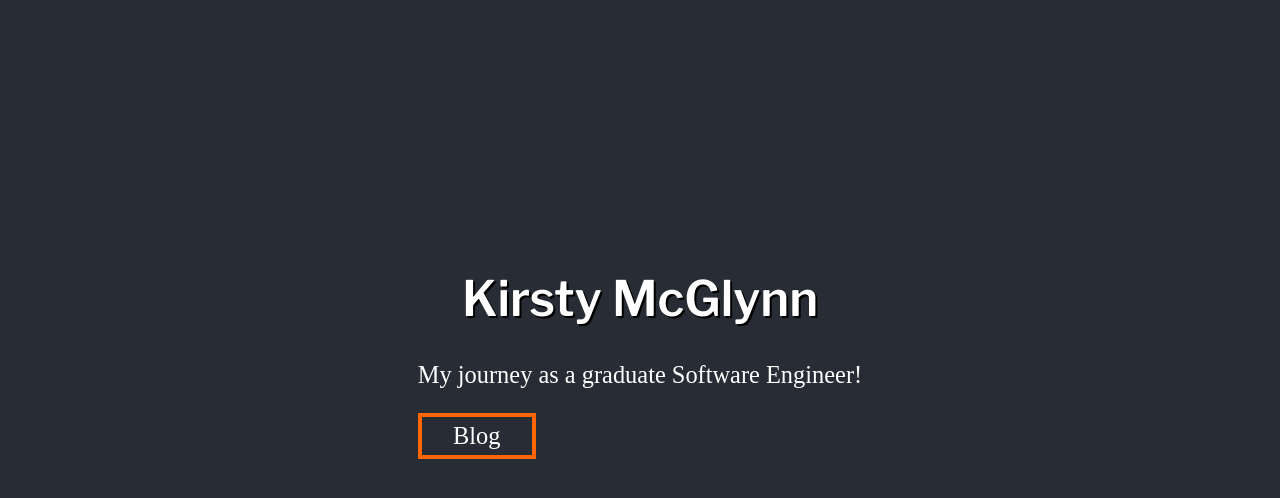
Repository: KLM94/blog
Page: /
The author's editor kept a copy of each file at every save. The page is drawn from the files as they stood at one save, then again after the next save.
The browser window is 1280 px wide. The pictures show the whole page.
The project was rebuilt for these pictures with package versions that can differ from the ones it lists, and the page was loaded fresh each time. Also part of the build but not shown: src/index.css.

Above is the page before, as saved 2020-11-07 12:52:14.

### src/App.js
import './App.css';
import Blog from './Components/Blog'

function App() {
  return (
    <div className="App">
      <header className="App-header">
       <Blog />
      </header>
    </div>
  );
}

export default App;

### src/App.css
@import url("https://fonts.googleapis.com/css2?family=Libre+Franklin:wght@600&display=swap");

.App {
  text-align: center;
}

body {
  background-color: #282c34;
  min-height: 100vh;
  display: flex;
  flex-direction: column;
  align-items: center;
  justify-content: center;
  font-size: calc(10px + 2vmin);
  color: white;
  margin: 0;
}

h1 {
  font-family: "Libre Franklin", sans-serif;
  text-shadow: 2px 2px #000000;
}

.blog-title {
  text-align: center;
  border: 4px solid rgb(255, 102, 0);
  box-sizing: content-box;
  width: 100px;
  padding: 0.2em;
}

### src/Components/Blog.jsx
export default function Blog() {
  return (
    <div>
      <h1>Kirsty McGlynn</h1>
      <p> My journey as a graduate Software Engineer!</p>

      <p className="blog-title">Blog</p>
    </div>
  );
}

Loaded but not shown: public/index.html (common file); src/index.js (common file)

After the next save:
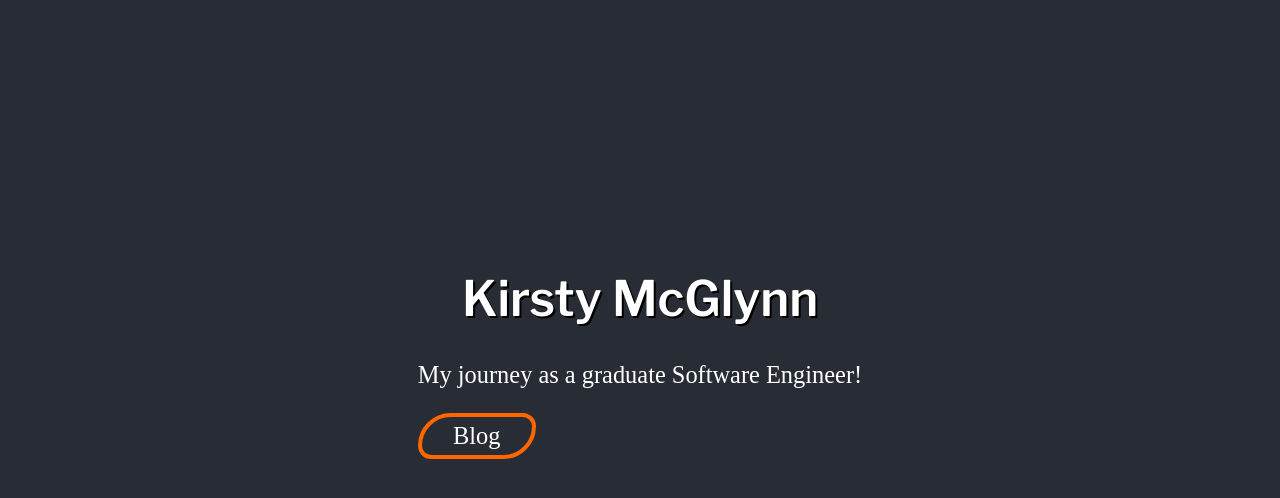
Saved 73 s later.
--- a/src/App.css
+++ b/src/App.css
@@ -27,4 +27,5 @@
   box-sizing: content-box;
   width: 100px;
   padding: 0.2em;
+  border-radius: 50px 20px;
 }
